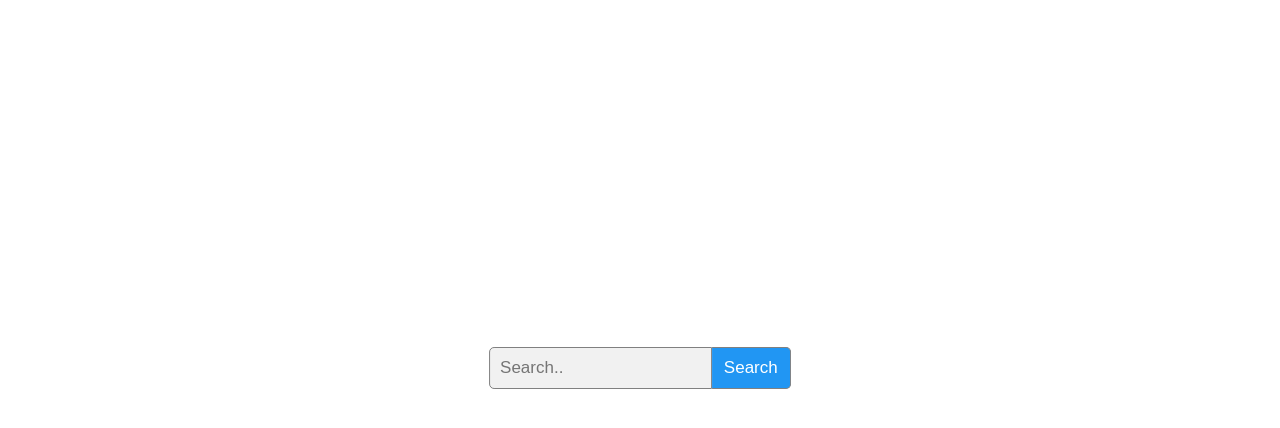
Repository: bek2d/VkAnalyticTool
Page: http://localhost/search
The author's editor kept a copy of each file at every save. The page is drawn from the files as they stood at one save, then again after the next save.
The browser window is 1280 px wide. The pictures show the whole page.
The page is served by the project's application, run on Flask 3 (app.py).

Above is the page before, as saved 2022-04-17 17:12:55.

### templates/search.html
<!DOCTYPE html>
<html lang="en">
<head>
    <meta charset="UTF-8">
    <meta http-equiv="X-UA-Compatible" content="IE=edge">
    <meta name="viewport" content="width=, initial-scale=1.0">
    <link rel="stylesheet" href="static/google.css">
    <title>Document</title>
</head>
<body>
<form class="example" method = "POST", action="/results">
  <input type="text" placeholder="Search.." name="search">
  <button type="submit" class="btn btn-primary">Search</button>
  {% for e in data %}
        <div class='post'>
            <p>{{ e }}</p>
        </div>
  {% endfor %}
</form>
</body>
</html>

### app.py
import sqlite3
from flask import Flask, render_template, request, redirect, url_for


app = Flask(__name__)

# @app.route('/')
# def index():
#     conn = sqlite3.connect('myScrapedDatabase.db')
#     posts = conn.execute('SELECT * FROM titlesFavorites').fetchall()
#     conn.close()
#     return render_template('index.html', posts=posts)


# @app.route('/about')
# def about():
#     conn = sqlite3.connect('myScrapedDatabase.db')
#     posts = conn.execute('SELECT * FROM titlesFavorites').fetchall()
#     conn.close()
#     return str(posts)
# # run flask app



#endpoint for search
@app.route('/search', methods=['GET', 'POST'])
def search():
    conn = sqlite3.connect('myScrapedDatabase.db')
    cursor = conn.cursor()
    if request.method == "POST":
        # search by author or book
        cursor.execute("SELECT * FROM titlesFavorites")
        conn.commit()
        data = cursor.fetchall()
        # all in the search box will return all the tuples
        return render_template('search.html', data=data)
    return render_template('search.html')
@app.route('/results', methods=['GET', 'POST'])
def results():
    conn = sqlite3.connect('myScrapedDatabase.db')
    cursor = conn.cursor()
    cursor.execute("SELECT * FROM titlesFavorites")
    conn.commit()
    data = cursor.fetchall()
    return render_template('results.html', data=data)
# create route named google that will accept search term from the user
@app.route('/google')
def google():
    return render_template('google.html')
if __name__ == '__main__':
    app.run(debug=True)

### static/google.css
* {
  box-sizing: border-box;
}


form.example input[type=text] {
  border-top-left-radius: 5px;
  border-bottom-left-radius: 5px;
  padding: 10px;
  font-size: 17px;
  border: 1px solid grey;
  float: left;
  width: 70%;
  background: #f1f1f1;
}


form.example button {
  border-top-right-radius: 5px;
  border-bottom-right-radius: 5px;
  float: left;
  width: 25%;
  padding: 10px;
  background: #2196F3;
  color: white;
  font-size: 17px;
  border: 1px solid grey;
  border-left: none;
  cursor: pointer;
}

form.example button:hover {
  background: #0b7dda;
}

/* Clear floats */
form.example::after {
  content: "";
  clear: both;
  display: table;
}


body {
  position: absolute;
  top: 50%;
  left: 50%;
  transform: translate(-50%, -50%);
}

After the next save:
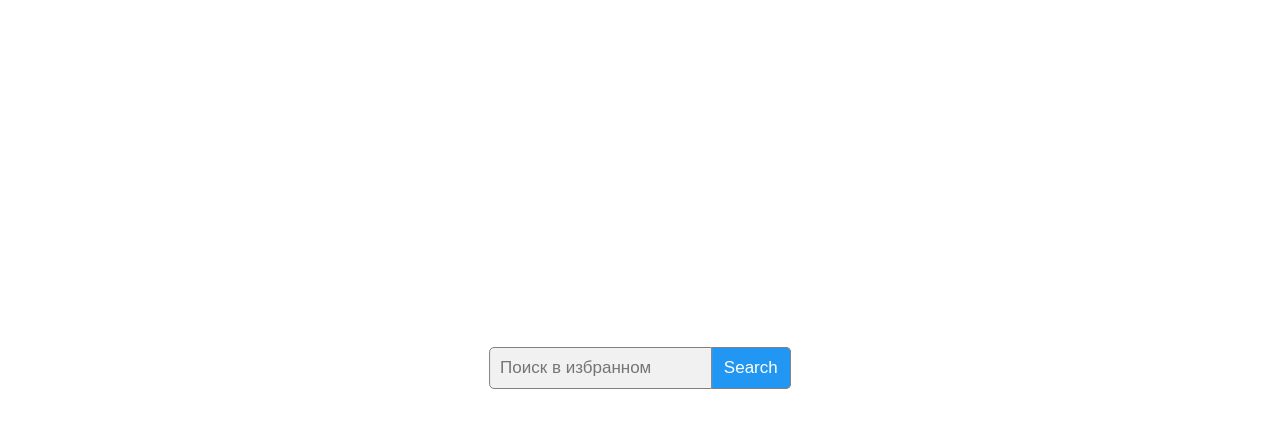
Saved 2 min 6 s later.
--- a/templates/search.html
+++ b/templates/search.html
@@ -9,7 +9,7 @@
 </head>
 <body>
 <form class="example" method = "POST", action="/results">
-  <input type="text" placeholder="Search.." name="search">
+  <input type="text" placeholder="Поиск в избранном" name="Найти">
   <button type="submit" class="btn btn-primary">Search</button>
   {% for e in data %}
         <div class='post'>
